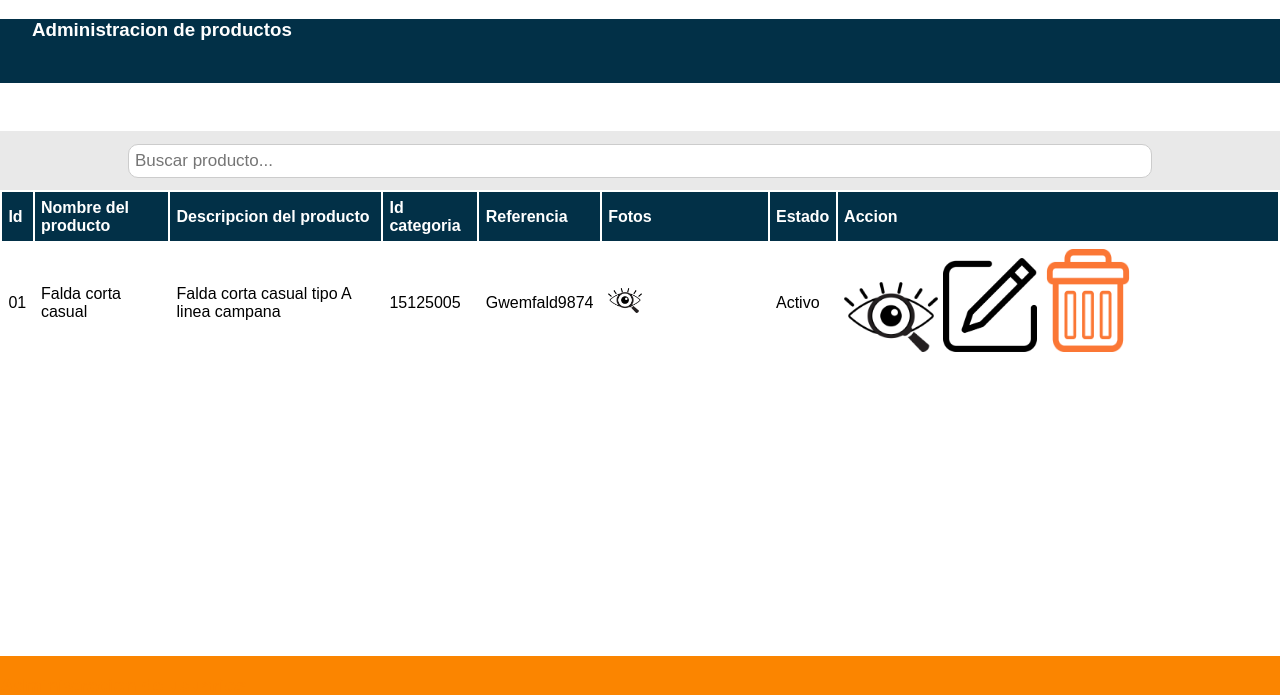
Repository: AlexanderBarona/Proyecto_Ciclo3_Mintic
Page: PaginaWeb/pages/listar_productos.html
The author's editor kept a copy of each file at every save. The page is drawn from the files as they stood at one save, then again after the next save.
The browser window is 1280 px wide. The pictures show the whole page.

Above is the page before, as saved 2021-09-30 15:35:53.

### PaginaWeb/pages/listar_productos.html
<!DOCTYPE html>
<html>

   <head>
      <title>Administracion de productos</title>
      <link href="../css/style.css" rel="stylesheet" type="text/css">
      <link href="../css/admin_user.css" rel="stylesheet" type="text/css">
   </head>
   <body class="admin_user">
      <header>
         <h3>Administracion de productos</h3>
      </header>
      <main>
        <div class="TopBar">
            <div class="Search ">
                <input type="text" placeholder="Buscar producto...">
            </div>

        </div>

        <div class="table_principal">
            <table class="table_entity3">

              <tbody class="table_body" >

                  <tr class="table_header" >

                    <td class="table_cell center">Id</td>
                    <td class="table_cell">Nombre del producto</td>
                    <td class="table_cell">Descripcion del producto</td>
                    <td class="table_cell">Id categoria</td>
                    <td class="table_cell">Referencia</td>
                    <td class="table_cell">Fotos</td>
                    <td class="table_cell center">Estado</td>
                    <td class="table_cell center">Accion</td>

                  </tr>

                  <tr >
                    <td class="table_cell center">01</td>
                    <td class="table_cell">Falda corta casual</td>
                    <td class="table_cell ">Falda corta casual tipo A linea campana </td>
                    <td class="table_cell center">15125005</td>
                    <td class="table_cell">Gwemfald9874</td>
                    <td class="table_cell center">
                      <div class="icon_container">
                        <nav>
                          <a href="icon_table">
                            <img class="icon_cell" src="../images/IconRead.ico">
                          </a>

                        </nav>
                    </div>

                    </td>
                    <td class="table_cell center">Activo</td>
                    <td class="table_cell center">
                      <div class="icon_container">
                        <nav>
                          <a href="icon_table">
                            <img class="icon_cell" src="../images/IconRead.ico">
                          </a>
                          <a href="icon_table">
                            <img class="icon_cell" src="../images/IconUpdate.ico">
                          </a>
                          <a href="icon_table">
                            <img class="icon_cell" src="../images/IconDelete.ico">
                          </a>
                        </nav>
                    </div>

                    </td>
                  </tr>

              </tbody>
            </table>
        </div>
      </main>
      <footer>
        <div>
          <h3>Administracion de usuarios</h3>
          <h3>Administracion de usuarios</h3>
          <h3>Administracion de usuarios</h3>
        </div>
      </footer>
   </body>
</html>

### PaginaWeb/css/style.css
* {
  box-sizing: border-box;
}

body {
  margin: 0;
  font-family: Arial, Helvetica, sans-serif;
}
header {
  background-color: #023047;
  color:  white;
  padding-left:2em ;
  height:4em;
  width:100%;
  margin-bottom: 3em;

}

footer{
  background-color: #FB8500;
  color:  #FB8500;
  position:fixed;
  left:0px;
  bottom:0px;
  height:4em;
  width:100%;
}

### PaginaWeb/css/admin_user.css
/* css barra busqueda*/
@media screen and (max-width: 600px) {
  .Search a,
  .Search input[type="text"] {

    display: block;
    text-align: left;
    width: 100%;
    margin: 0 auto;
    padding: 14px;
    align-items: center;
  }
}

.admin_user .Search {
   overflow: hidden;
   background-color: #e9e9e9;
   display: block;
   width: 100%;
   text-align: center;
  }

.Search a {

    display: block;
    color: black;
    text-align: center;
    padding: 14px 16px;
    text-decoration: none;
    font-size: 17px;
  }

  .Search a:hover {
    background-color: #ddd;
    color: black;
  }

  .Search a.active {
    background-color: #9dcaf0;
    color: white;
  }

  .Search input[type="text"] {
    float: center;
    border-radius: 10px;
    border: 1px solid rgb(174, 204, 218);
    padding: 6px;
    margin-top: 1%;
    margin-right: 2%;
    margin-left: 2%;
    margin-bottom: 1%;
    font-size: 17px;
    width: 80%;
  }
  .Search input[type="text"] {
    border: 1px solid #ccc;
  }

 /* css tabla*/

  .table_entity {
    table-layout: fixed;
    width: 84%;
    margin: 0 auto;
    border-collapse: separate;
    border-spacing: 0px;
    border-radius: 5px;
    border: 3px solid #8ECAE6;

  }

  .table_entity td:first-child {
    width: 4em;
  }
  .table_entity td:nth-child(3) {
    width: 7.5em;
  }
  .table_entity td:nth-child(5) {
    width: 12em;
  }
  .table_entity td:nth-child(8) {
    width: 5em;

  }
  .table_entity td:nth-child(9) {
    width: 5em;
  }




  .table_header {
    background-color: #023047;
    color: #fff;
    font-weight:bold;
  }

  .table_entity tr:nth-child(even) {
  background-color: #ece4e4;
}

.table_entity .center {
  text-align: center;
}
/* css tabla perfiles*/
.table_entity2 {
  table-layout: fixed;
  width: 84%;
  margin: 0 auto;
  border-collapse: separate;
  border-spacing: 0px;
  border-radius: 5px;
  border: 3px solid #8ECAE6;

}

.table_entity2 td:first-child {
  width: 4em;
}

.table_entity2 td:nth-child(2) {
  width: 16em;
}


.table_entity2 td:nth-child(6) {
  width: 4.8em;

}


.table_entity2 tr:nth-child(even) {
background-color: #ece4e4;
}

.table_entity2 .center {
  text-align: center;
}

  th, td {

      word-wrap: break-word;
      padding: 0.4em;
      margin: 0em;
  }
  /* iconos */
  .icon_cell {

    height: 28%;
    width: 22%;
    margin: 0 auto 0 0;


}

.icon_container a , .icon_container a:visited {


  text-decoration: none;

}
/* css checkbox */

.checkbox_container input[type="checkbox"]  {
  content: "";
  width: 2em;
  height: 2em;
  border: 4px solid #bf810f;
  float: left;
  margin: 0 auto 0 0;
  border-right: 0;
  border-top: 0;


}
.checkbox_container input[type="checkbox"]:checked   {
  content: "";
  width: 2.2em;
  height: 2.2em;
  border: 4px solid #bf810f;
  color: #bf810f;
  background-color:#bf810f ;
  float: left;
  margin: 0 auto 0 0;
  border-right: 0;
  border-top: 0;

}

After the next save:
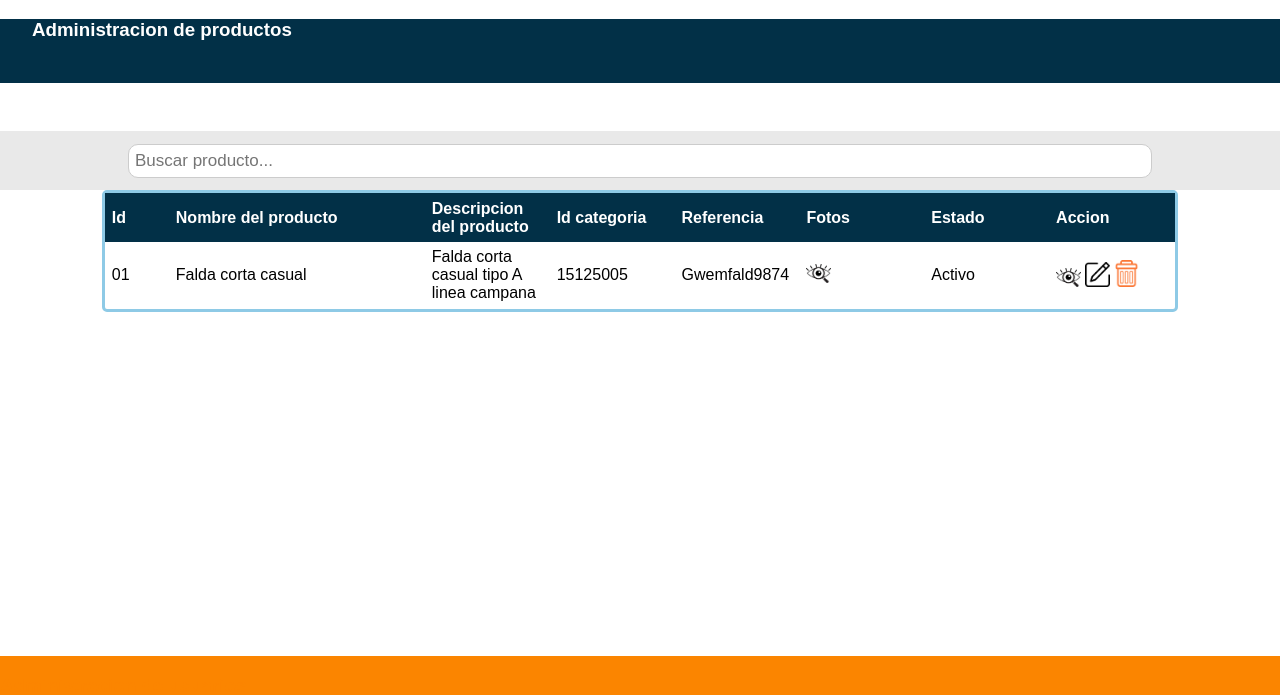
Saved 58 s later.
--- a/PaginaWeb/css/admin_user.css
+++ b/PaginaWeb/css/admin_user.css
@@ -159,6 +159,25 @@ background-color: #ece4e4;
   text-decoration: none;
 
 }
+/* css tabla productos*/
+
+.table_entity3 {
+  table-layout: fixed;
+  width: 84%;
+  margin: 0 auto;
+  border-collapse: separate;
+  border-spacing: 0px;
+  border-radius: 5px;
+  border: 3px solid #8ECAE6;
+
+}
+.table_entity3 td:first-child {
+  width: 4em;
+}
+
+.table_entity3 td:nth-child(2) {
+  width: 16em;
+}
 /* css checkbox */
 
 .checkbox_container input[type="checkbox"]  {
